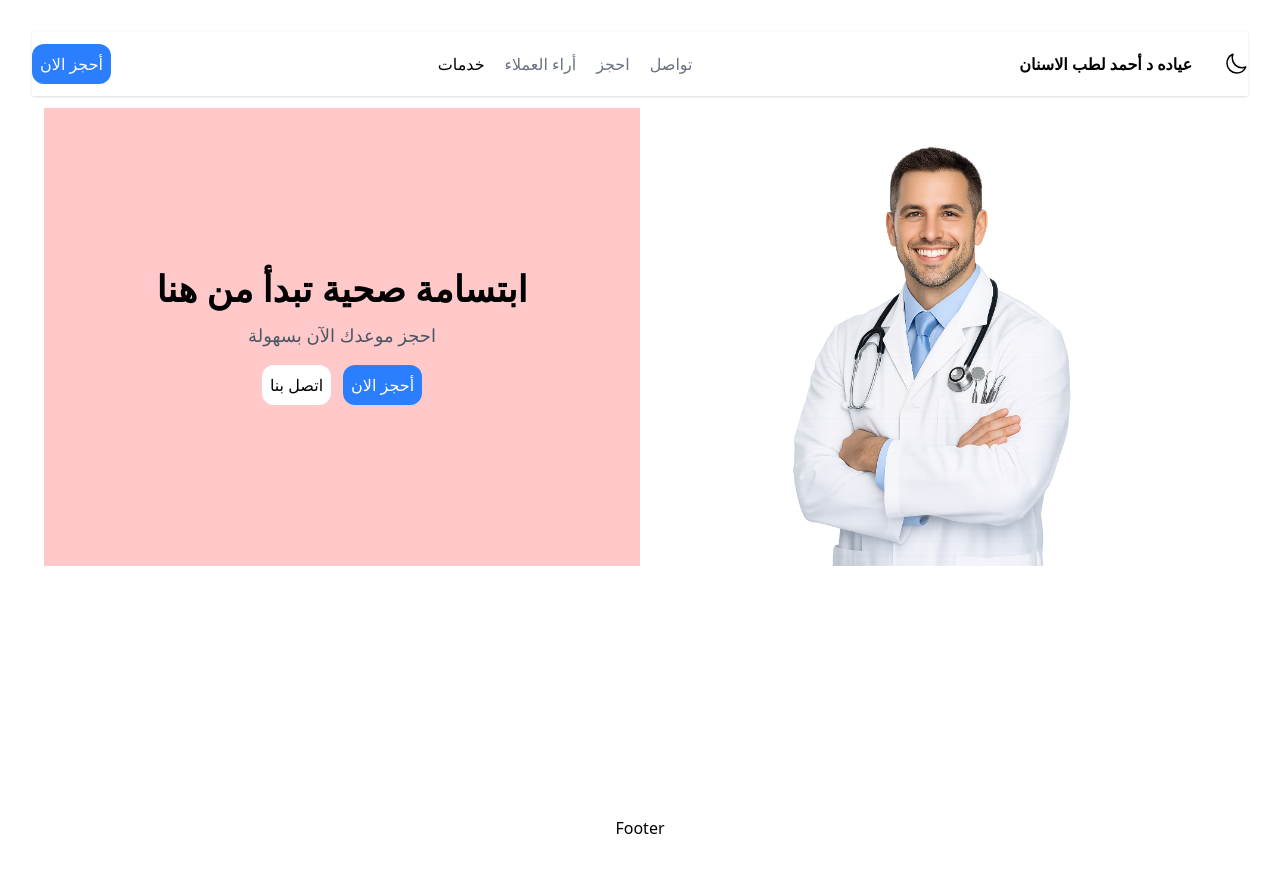
Repository: mohamedehab23-pro/clinic
Page: /
These files come from the project's save history. The page is drawn as it stood at one moment and after a run of saves; the edit follows.
The browser window is 1280 px wide. The pictures show the whole page.
The project was rebuilt for these pictures with package versions that can differ from the ones it lists, and the page was loaded fresh each time. Also part of the build but not shown: vite.config.js, src/Pages/AboutPage.jsx, src/Pages/ContactPage.jsx, src/Pages/NotFound.jsx, src/Components/Child.jsx, src/Components/Parent.jsx.

Above is the page before, as saved 2026-02-22 14:20:15.

### index.html
<!doctype html>
<html lang="en">
  <head>
    <meta charset="UTF-8" />
    <link rel="icon" type="image/svg+xml" href="/vite.svg" />
    <meta name="viewport" content="width=device-width, initial-scale=1.0" />
    <title>project1</title>
  </head>
  <body>
    <div id="root"></div>
    <script type="module" src="/src/main.jsx"></script>
  </body>
</html>

### src/index.css
@import "tailwindcss";
@custom-variant dark (&:where(.dark, .dark *));


.active{
    @apply text-black dark:text-white
}

### src/App.jsx
import { useState } from 'react'
import HeroPage from '../src/Pages/HeroPage'
import './App.css'
import { createBrowserRouter, RouterProvider } from 'react-router'
import MainLayout from './Layouts/MainLayout'
import AboutPage from './Pages/AboutPage'
import ContactPage from './Pages/ContactPage'
import NotFound from './Pages/NotFound'
import Parent from './Components/Parent'


const x=createBrowserRouter([
  {path:'',element:<MainLayout/>,children:[
    {index:true,element:<HeroPage/>},
    {path:'/about',element:<AboutPage/>},
    {path:'/contact',element:<ContactPage/>},
    {path:'*',element:<NotFound/>}
  ]}
])

function App() {

  return (
    <>
    {/* <Parent/> */}

     <RouterProvider router={x}/>
    </>
  )
}

export default App

### src/Pages/HeroPage.jsx
import React from 'react'
import sora from '../assets/dentist.png'
import Button from '../Components/Button'
export default function HomePage() {
  return (
    <div className='dark:bg-gray-800 min-h-screen p-3'>
      <div className='flex justify-around'>
<div className='bg-red-200 w-full flex flex-col justify-center text-center '>
<h2 className='text-4xl font-bold '>ابتسامة صحية تبدأ من هنا</h2>
<p className='text-gray-600 pt-3 text-lg'>احجز موعدك الآن بسهولة</p>
  <div className='flex gap-3 justify-center mt-4'>
      <Button  bg={'bg-white '} color={'text-black'} text={'اتصل بنا'}/>

  <Button bg={'bg-blue-500'} hover={'hover:bg-blue-600'} color={'text-white'} text={'أحجز الان'}/>
  </div>


</div>
<div className=' w-full flex justify-center items-center'>
 <img src={sora} alt="doctor" className='w-[50%] ' />
</div>
      </div>



    </div>
  )
}

### src/Layouts/MainLayout.jsx
import React, { useState } from 'react'
import Navbar from '../Components/Navbar'
import Footer from '../Components/Footer'
import { Outlet } from 'react-router'

export default function MainLayout() {
  const [darkMode, setDarkMode] = useState(false)
  return (
    <>
    <div className={`${darkMode? 'dark':''}  dark:text-white`}>
      <Navbar darkMode={darkMode} setDarkMode={setDarkMode}/>
    <Outlet />
    <Footer/>
    </div>
    </>
  )
}

### src/Components/Button.jsx
import React from 'react'
import { Link } from 'react-router'

export default function Button({bg,hover,text,color,padding }) {
  return (
   <>
   <button className={`p-2 rounded-xl ${bg} ${hover} ${color} `}><Link to={'/'}>{text}</Link></button>
   </>
  )
}

### src/Components/Navbar.jsx
import React, { useState } from 'react'
import { Link, NavLink } from 'react-router'
import Button from './Button'

export default function Navbar({setDarkMode,darkMode}) {
  const [navToggle, setNavToggle] = useState(false)
  return (
    <div className='py-3 shadow sticky top-0 w-full dark:bg-gray-700 bg-white/50'>
<div className="container px-3 lg:p-0 mx-auto flex items-center justify-between">
<div>
  <Button bg={'bg-blue-500'} hover={'hover:bg-blue-600'} color={'text-white'} text={'أحجز الان'}/>
</div>
<div>
  <ul className='lg:flex dark:text-white/50 gap-5 hidden'>
    <li className='text-gray-500'><NavLink to={''}>خدمات</NavLink></li>
    <li className='text-gray-500'><NavLink to={'/about'}>أراء العملاء</NavLink></li>
    <li className='text-gray-500'><NavLink to={'/contact'}>احجز</NavLink></li>
    <li className='text-gray-500'><NavLink to={'ertyuj'}>تواصل</NavLink></li>
  </ul>
</div>
<div className='flex gap-8'>
  <Link to={''} className=' font-bold'>عياده د أحمد لطب الاسنان</Link>
  {darkMode?<svg xmlns="http://www.w3.org/2000/svg"
onClick={()=>setDarkMode(!darkMode)}
fill="none" viewBox="0 0 24 24" strokeWidth={1.5} stroke="currentColor" className="cursor-pointer size-6">
  <path strokeLinecap="round" strokeLinejoin="round" d="M12 3v2.25m6.364.386-1.591 1.591M21 12h-2.25m-.386 6.364-1.591-1.591M12 18.75V21m-4.773-4.227-1.591 1.591M5.25 12H3m4.227-4.773L5.636 5.636M15.75 12a3.75 3.75 0 1 1-7.5 0 3.75 3.75 0 0 1 7.5 0Z" />
</svg>:<svg xmlns="http://www.w3.org/2000/svg" fill="none"
onClick={()=>setDarkMode(!darkMode)}
viewBox="0 0 24 24" strokeWidth={1.5} stroke="currentColor" className="cursor-pointer size-6">
  <path strokeLinecap="round" strokeLinejoin="round" d="M21.752 15.002A9.72 9.72 0 0 1 18 15.75c-5.385 0-9.75-4.365-9.75-9.75 0-1.33.266-2.597.748-3.752A9.753 9.753 0 0 0 3 11.25C3 16.635 7.365 21 12.75 21a9.753 9.753 0 0 0 9.002-5.998Z" />
</svg>}
</div>
<div className='lg:hidden'>
  <svg xmlns="http://www.w3.org/2000/svg" onClick={()=>setNavToggle(!navToggle)} fill="none" viewBox="0 0 24 24" strokeWidth={1.5} stroke="currentColor" className="cursor-pointer size-6">
  <path strokeLinecap="round" strokeLinejoin="round" d="M3.75 6.75h16.5M3.75 12h16.5m-16.5 5.25h16.5" />
</svg>


</div>



</div>
{navToggle && <ul className='pt-3 text-end px-3'>
    <li className='text-gray-500'><NavLink to={''}>خدمات</NavLink></li>
    <li className='text-gray-500'><NavLink to={'/about'}>أراء العملاء</NavLink></li>
    <li className='text-gray-500'><NavLink to={'/contact'}>احجز</NavLink></li>
    <li className='text-gray-500'><NavLink to={'ertyuj'}>تواصل</NavLink></li>
  </ul>}


    </div>
  )
}

Loaded but not shown: src/main.jsx (common file); src/App.css (common file); src/Components/Footer.jsx (common file)

After the next 2 saves:
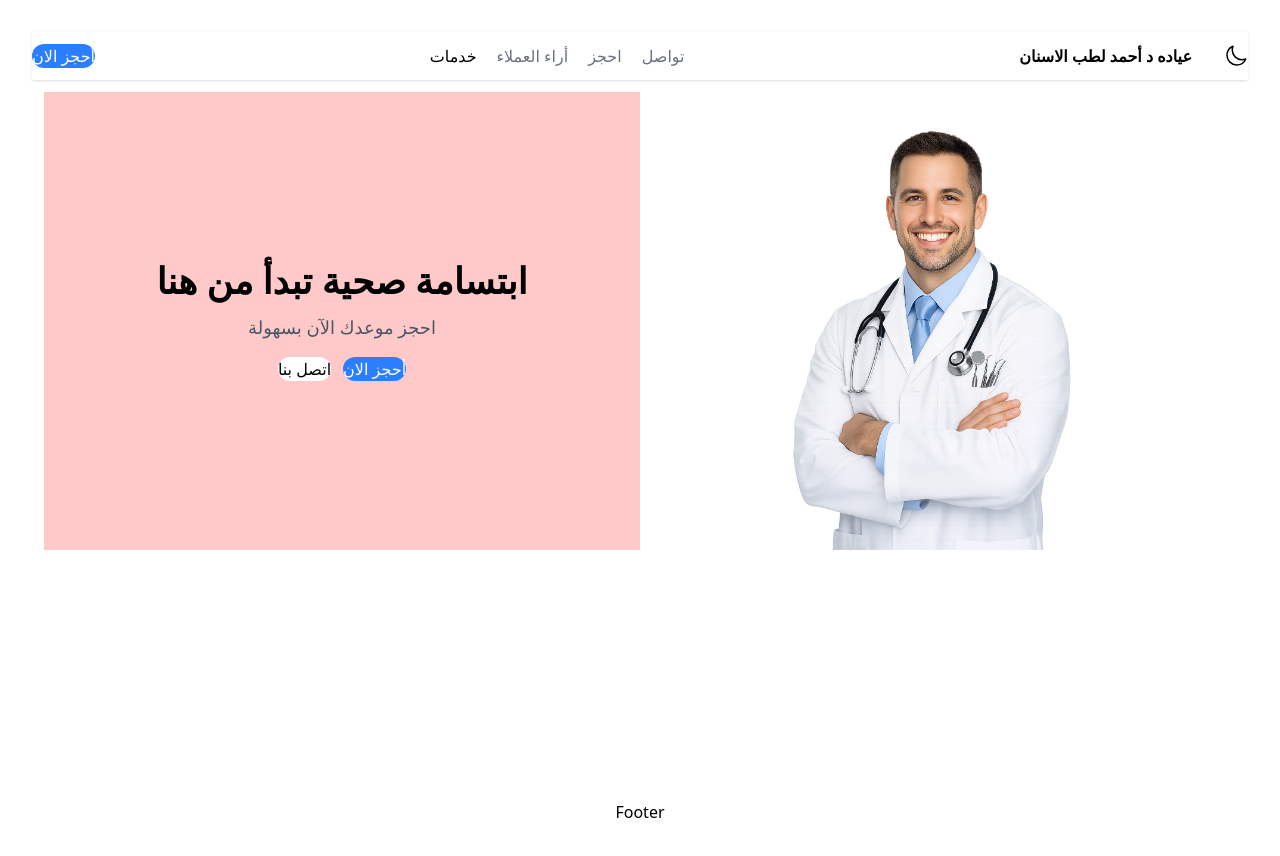
The 2 saves are shown as one change because they came seconds apart.
The last was saved 8 s later.
--- a/src/Components/Button.jsx
+++ b/src/Components/Button.jsx
@@ -4,7 +4,7 @@ import { Link } from 'react-router'
 export default function Button({bg,hover,text,color,padding }) {
   return (
    <>
-   <button className={`p-2 rounded-xl ${bg} ${hover} ${color} `}><Link to={'/'}>{text}</Link></button>
+   <button className={`$P rounded-xl ${bg} ${hover} ${color} `}><Link to={'/'}>{text}</Link></button>
    </>
   )
 }
